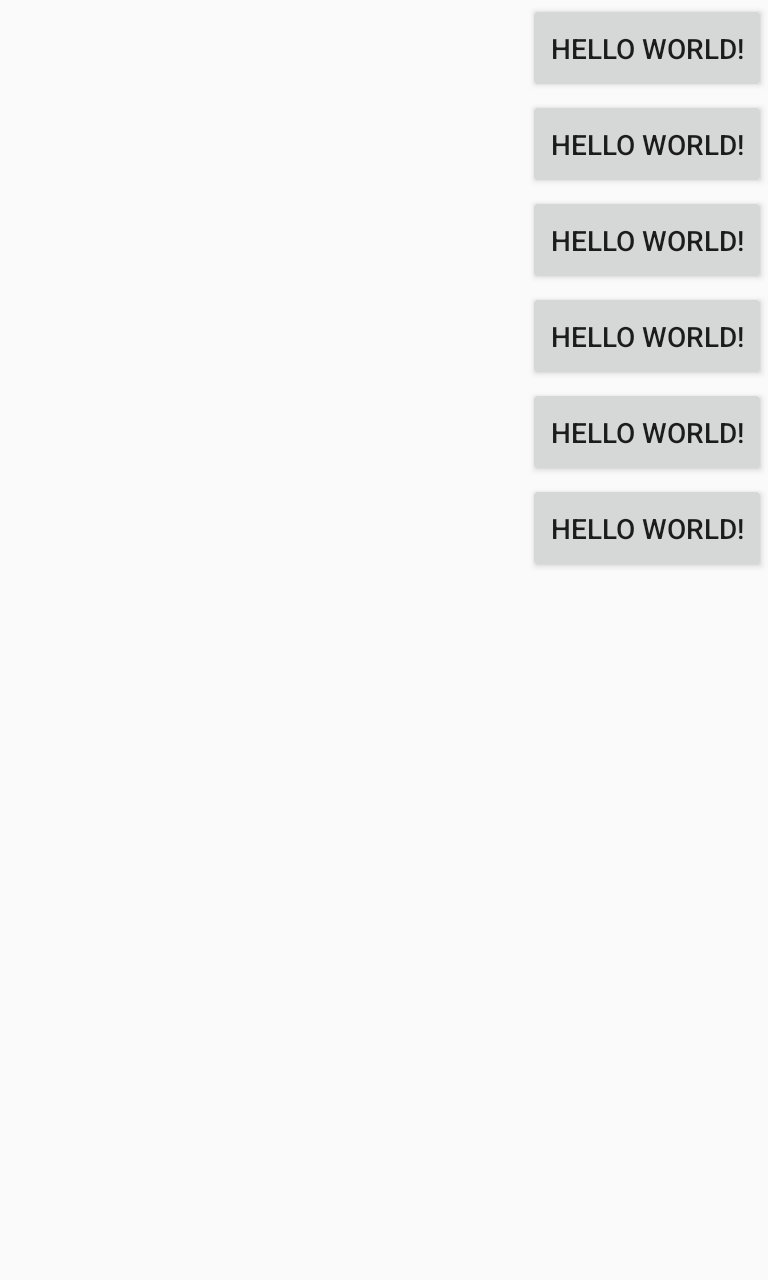
Repository: A207/guanjingjing
Layout: day4/Second/res/layout/activity_main.xml
An editor plug-in stored every save of this project. The layout is shown before and after the next save, followed by the edit.
It is drawn on a 768 x 1280 px phone screen (xhdpi) without system bars, with theme AppTheme; the app's code is not run.

Above is the layout before, as saved 2015-07-09 10:12:23.

After the next save:
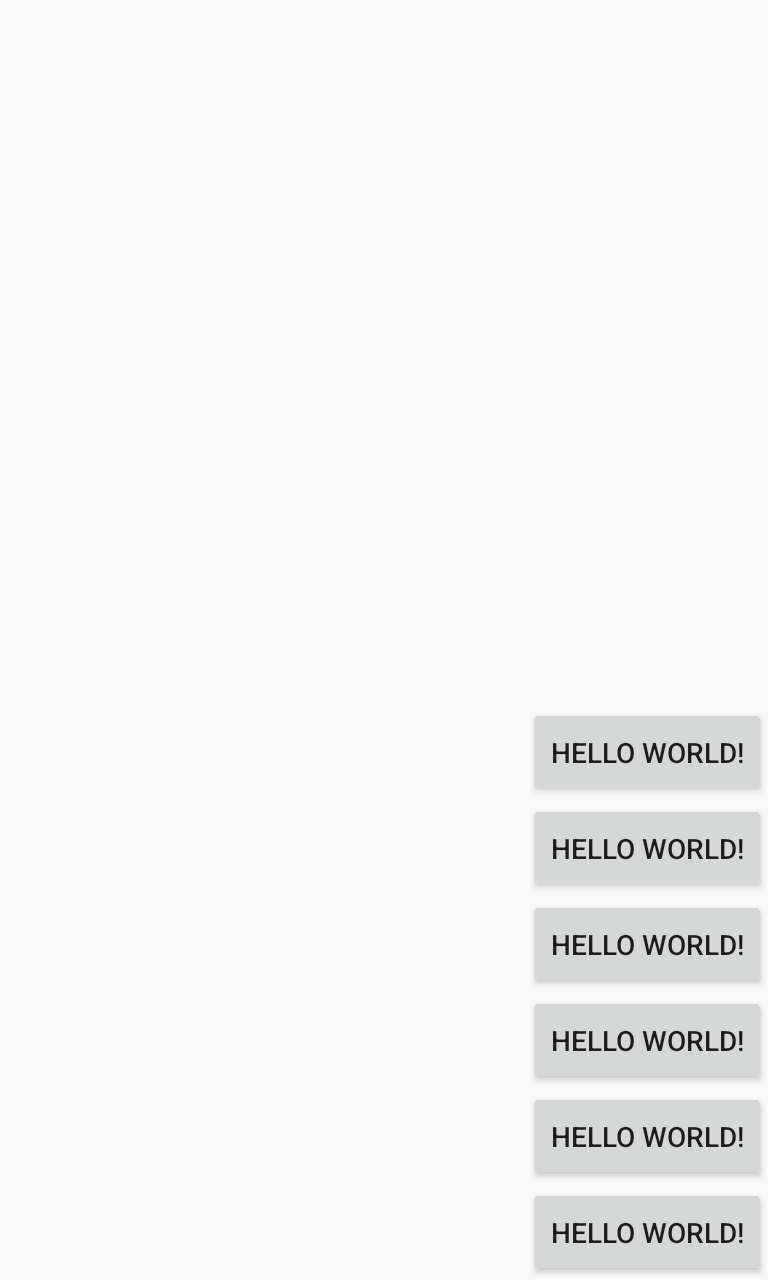
Saved 25 s later.
--- a/day4/Second/res/layout/activity_main.xml
+++ b/day4/Second/res/layout/activity_main.xml
@@ -2,7 +2,7 @@
     android:layout_width="match_parent"
     android:layout_height="match_parent"
     android:orientation="vertical"
-    android:gravity="right" >
+    android:gravity="right||bottom" >
     <!--android:gravity="center"
     android:gravity="center" -->
 
